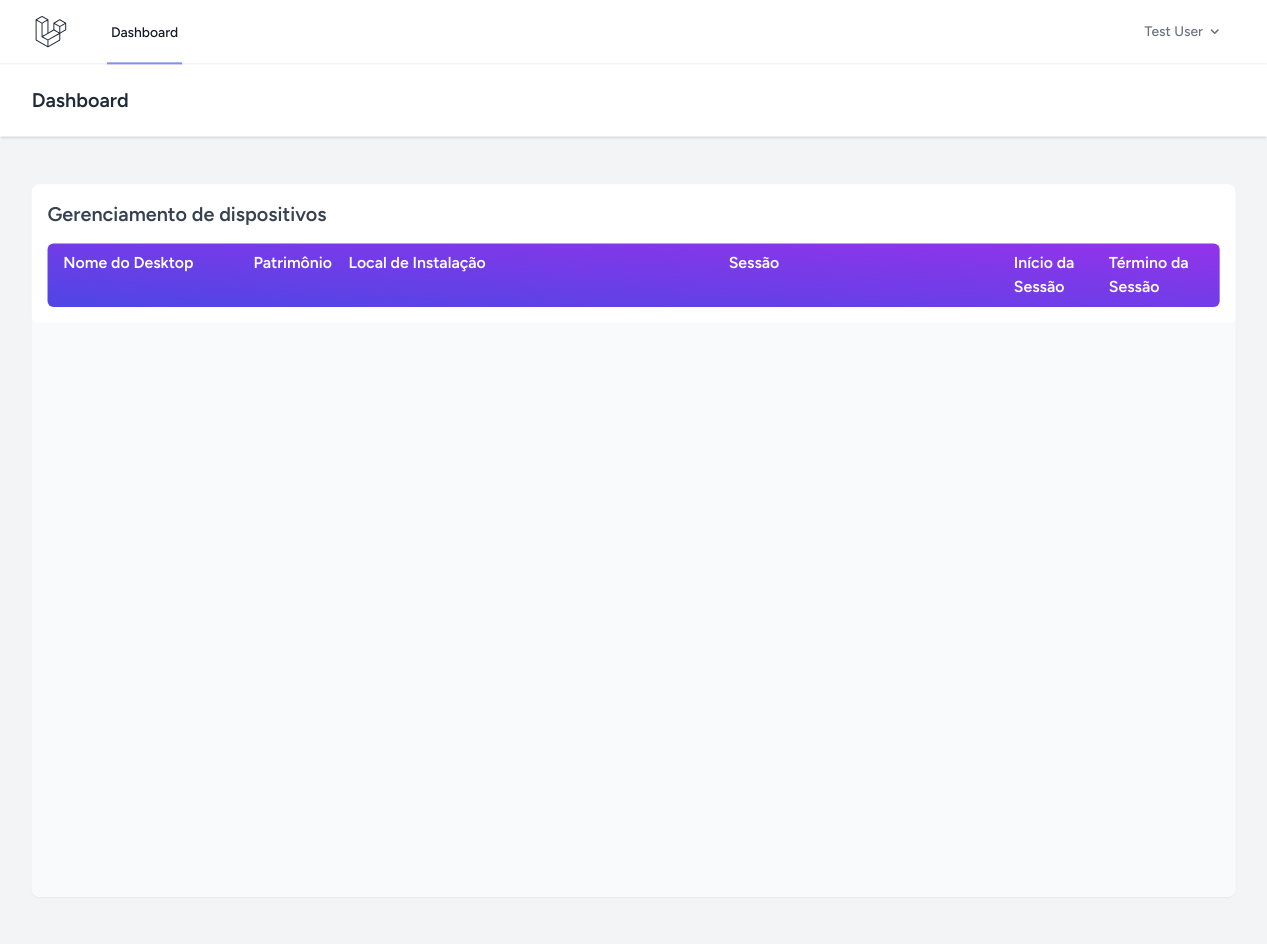
Repository: CrisMorgantee/device-logs
Page: http://localhost/dashboard
These files come from the project's save history. The page is drawn as it stood at one moment and after the next save; the edit follows.
The browser window is 1280 px wide. The pictures show the whole page, at 99% of full size.
The page is served by the project's Laravel application, run on PHP 8.4 with Laravel 10. A made-up administrator, Test User (test@example.com), is signed in. Other server files are loaded and not shown. Style sheets and scripts are compiled from the project's sources, by tool versions that may differ from the author's. Queries for data that is not in the repository find no rows.

Above is the page before, as saved 2023-04-14 22:56:49.

### routes/web.php
<?php

use App\Http\Controllers\ProfileController;
use App\Http\Controllers\DeviceLogsController;
use Illuminate\Support\Facades\Route;

/*
|--------------------------------------------------------------------------
| Web Routes
|--------------------------------------------------------------------------
|
| Here is where you can register web routes for your application. These
| routes are loaded by the RouteServiceProvider and all of them will
| be assigned to the "web" middleware group. Make something great!
|
*/

Route::get('/', function () {
    return view('auth.login');
});

Route::get('/dashboard', [DeviceLogsController::class, 'index'])->middleware(['auth', 'verified'])->name('dashboard');

Route::middleware('auth')->group(function () {
    Route::get('/profile', [ProfileController::class, 'edit'])->name('profile.edit');
    Route::patch('/profile', [ProfileController::class, 'update'])->name('profile.update');
    Route::delete('/profile', [ProfileController::class, 'destroy'])->name('profile.destroy');
});

require __DIR__.'/auth.php';

### app/Http/Controllers/DeviceLogsController.php
<?php

namespace App\Http\Controllers;

use App\Models\DeviceLogs;
use Illuminate\Http\Request;

class DeviceLogsController extends Controller
{
    /**
     * Display a listing of the resource.
     */
    public function index()
    {
        $logs = DeviceLogs::all();

        return view('dashboard', ['logs' => $logs]);
    }

    /**
     * Show the form for creating a new resource.
     */
    public function create()
    {
        //
    }

    /**
     * Store a newly created resource in storage.
     */
    public function store(Request $request)
    {
        //
    }

    /**
     * Display the specified resource.
     */
    public function show(DeviceLogs $deviceLogs)
    {
        //
    }

    /**
     * Show the form for editing the specified resource.
     */
    public function edit(DeviceLogs $deviceLogs)
    {
        //
    }

    /**
     * Update the specified resource in storage.
     */
    public function update(Request $request, DeviceLogs $deviceLogs)
    {
        //
    }

    /**
     * Remove the specified resource from storage.
     */
    public function destroy(DeviceLogs $deviceLogs)
    {
        //
    }
}

### app/Models/DeviceLogs.php
<?php

namespace App\Models;

use Illuminate\Database\Eloquent\Factories\HasFactory;
use Illuminate\Database\Eloquent\Model;

class DeviceLogs extends Model
{
    use HasFactory;

    public $fillable = [
        'machine_name',
        'session',
        'patrimony',
        'location'
    ];


    protected $dates = [
      'start_session_at',
      'end_session_at'
  ];

}

### resources/views/dashboard.blade.php
<x-app-layout>
  <x-slot name="header">
    <h2 class="text-xl font-semibold leading-tight text-gray-800">
      {{ __('Dashboard') }}
    </h2>
  </x-slot>

  <div class="py-12">
    <div class="mx-auto max-w-7xl sm:px-6 lg:px-8">
      <div class="overflow-hidden bg-white shadow-sm sm:rounded-lg">
        <div class="min-h-screen bg-gray-50">
          <div class="rounded-md bg-white p-4">
            <h2 class="mb-4 text-xl font-bold text-gray-700">Gerenciamento de dispositivos</h2>

            <div
              class="text-md grid grid-cols-12 rounded-md bg-gradient-to-tr from-indigo-600 to-purple-600 py-2 px-4 font-bold text-white">
              <div class="col-span-2">
                <span>Nome do Desktop</span>
              </div>
              <div class="col-span-1">
                <span>Patrimônio</span>
              </div>
              <div class="col-span-4">
                <span>Local de Instalação</span>
              </div>
              <div class="col-span-3">
                <span>Sessão</span>
              </div>
              <div class="col-span-1">
                <span>Início da Sessão</span>
              </div>
              <div class="col-span-1">
                <span>Término da Sessão</span>
              </div>
            </div>
            <div>
              @foreach ($logs as $deviceLog)
                <div class="mt-4 grid grid-cols-12 gap-4 border-t px-4 text-sm font-normal first:border-none">
                  <div class="col-span-2">
                    <span>{{ $deviceLog->machine_name }}</span>
                  </div>
                  <div class="col-span-1">
                    <span>{{ $deviceLog->patrimony }}</span>
                  </div>
                  <div class="col-span-4">
                    <span>{{ $deviceLog->location }}</span>
                  </div>
                  <div class="col-span-3">
                    <span>{{ $deviceLog->session }}</span>
                  </div>

                  <div class="col-span-1">
                    <span>{{ $deviceLog->start_session_at }}</span>
                  </div>
                  <div class="col-span-1">
                    <span>{{ $deviceLog->end_session_at }}</span>
                  </div>
                </div>
              @endforeach
            </div>
          </div>
        </div>
      </div>
    </div>

</x-app-layout>

Loaded but not shown: app/Providers/AppServiceProvider.php (common file); routes/auth.php (common file); app/Http/Controllers/Auth/EmailVerificationPromptController.php (common file); app/Http/Controllers/Controller.php (common file); app/Http/Controllers/Auth/VerifyEmailController.php (common file); app/Models/User.php (common file); app/View/Components/AppLayout.php (common file); resources/views/layouts/app.blade.php (common file); resources/views/layouts/navigation.blade.php (common file); resources/views/components/application-logo.blade.php (common file); resources/views/components/nav-link.blade.php (common file); resources/views/components/dropdown-link.blade.php (common file); resources/views/components/dropdown.blade.php (common file); resources/views/components/responsive-nav-link.blade.php (common file); resources/css/app.css (common file); tailwind.config.js (common file); resources/js/app.js (common file); resources/js/bootstrap.js (common file)

After the next save:
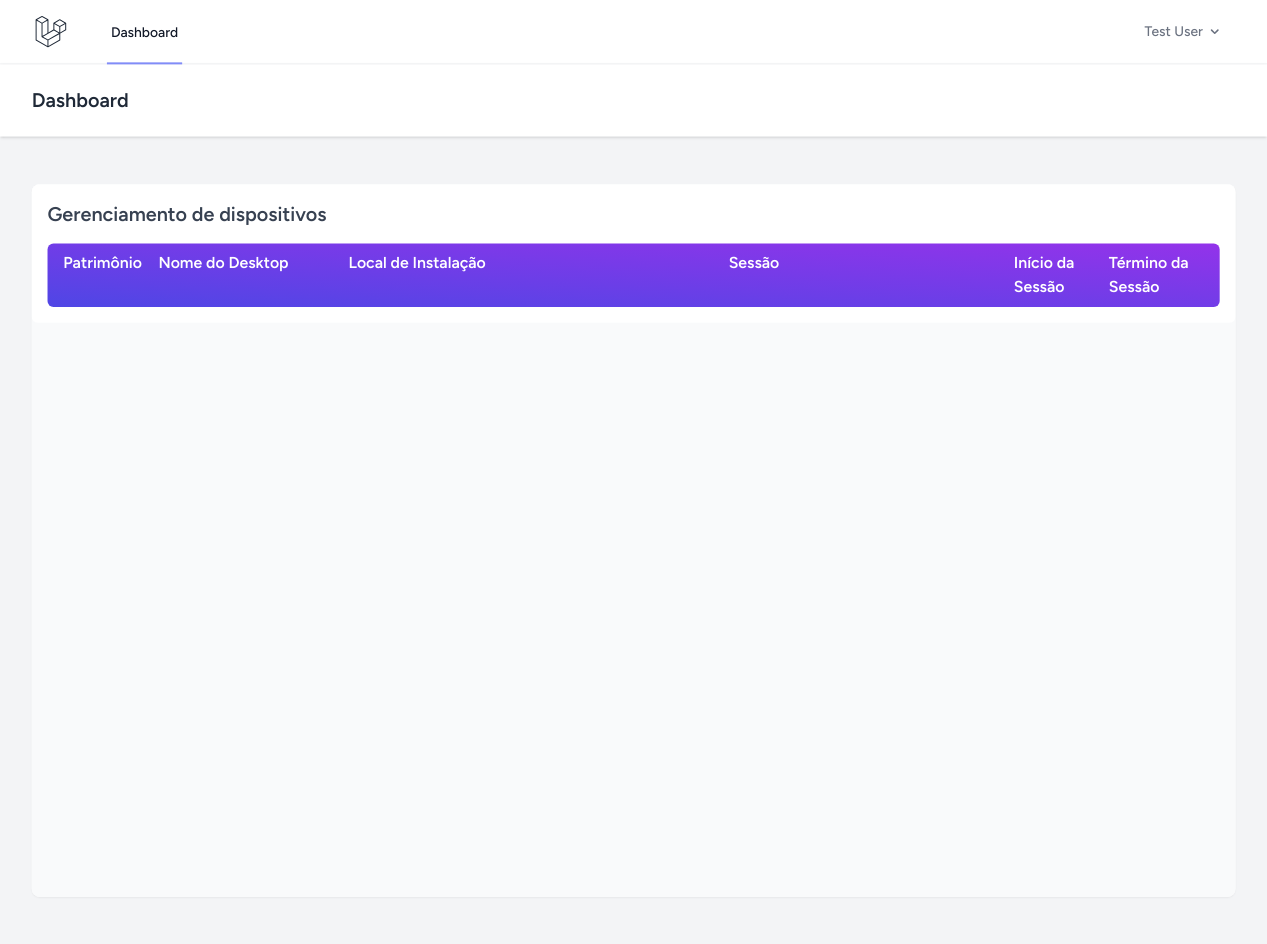
Saved 36 s later.
--- a/resources/views/dashboard.blade.php
+++ b/resources/views/dashboard.blade.php
@@ -14,11 +14,11 @@
 
             <div
               class="text-md grid grid-cols-12 rounded-md bg-gradient-to-tr from-indigo-600 to-purple-600 py-2 px-4 font-bold text-white">
+              <div class="col-span-1">
+                <span>Patrimônio</span>
+              </div>
               <div class="col-span-2">
                 <span>Nome do Desktop</span>
-              </div>
-              <div class="col-span-1">
-                <span>Patrimônio</span>
               </div>
               <div class="col-span-4">
                 <span>Local de Instalação</span>
@@ -36,11 +36,11 @@
             <div>
               @foreach ($logs as $deviceLog)
                 <div class="mt-4 grid grid-cols-12 gap-4 border-t px-4 text-sm font-normal first:border-none">
+                  <div class="col-span-1">
+                    <span>{{ $deviceLog->patrimony }}</span>
+                  </div>
                   <div class="col-span-2">
                     <span>{{ $deviceLog->machine_name }}</span>
-                  </div>
-                  <div class="col-span-1">
-                    <span>{{ $deviceLog->patrimony }}</span>
                   </div>
                   <div class="col-span-4">
                     <span>{{ $deviceLog->location }}</span>
